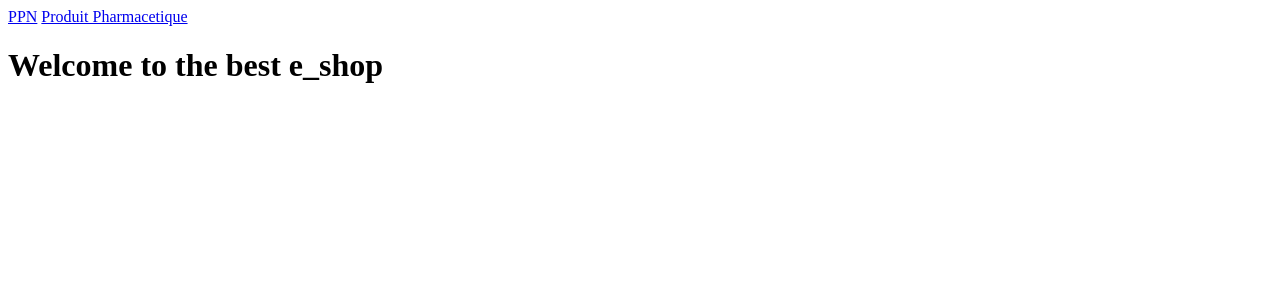
Repository: Anjara-Safidy/e_shop
Page: index.html
These files come from the project's save history. The page is drawn as it stood at one moment and after the next save; the edit follows.
The browser window is 1280 px wide. The pictures show the whole page.

Above is the page before, as saved 2025-12-15 10:07:05.

### index.html
<!DOCTYPE html>
<html lang="en">
<head>
    <meta charset="UTF-8">
    <meta name="viewport" content="width=device-width, initial-scale=1.0">
    <title>e_shop</title>
</head>
<body>
    <nav>
        <a href="ppn.html">PPN</a>
        <a href="pharmacie.html">Produit Pharmacetique</a>
    </nav>
    <h1>Welcome to the best e_shop</h1>
</body>
</html>

After the next save:
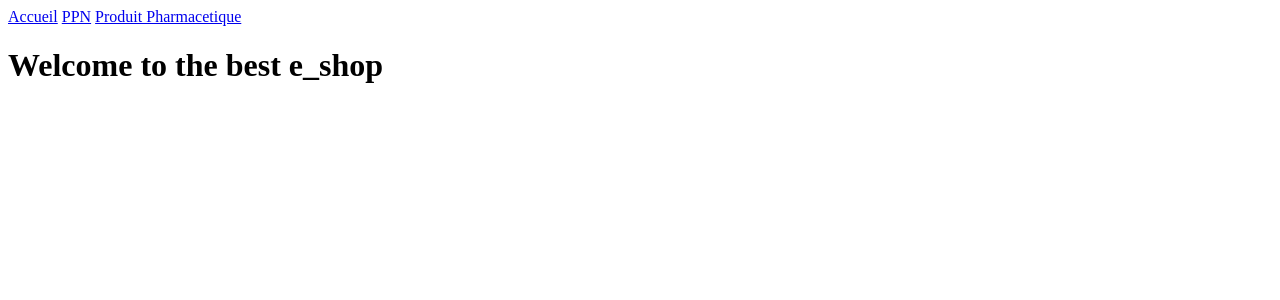
Saved 30 s later.
--- a/index.html
+++ b/index.html
@@ -7,6 +7,7 @@
 </head>
 <body>
     <nav>
+        <a href="index.html">Accueil</a>
         <a href="ppn.html">PPN</a>
         <a href="pharmacie.html">Produit Pharmacetique</a>
     </nav>
